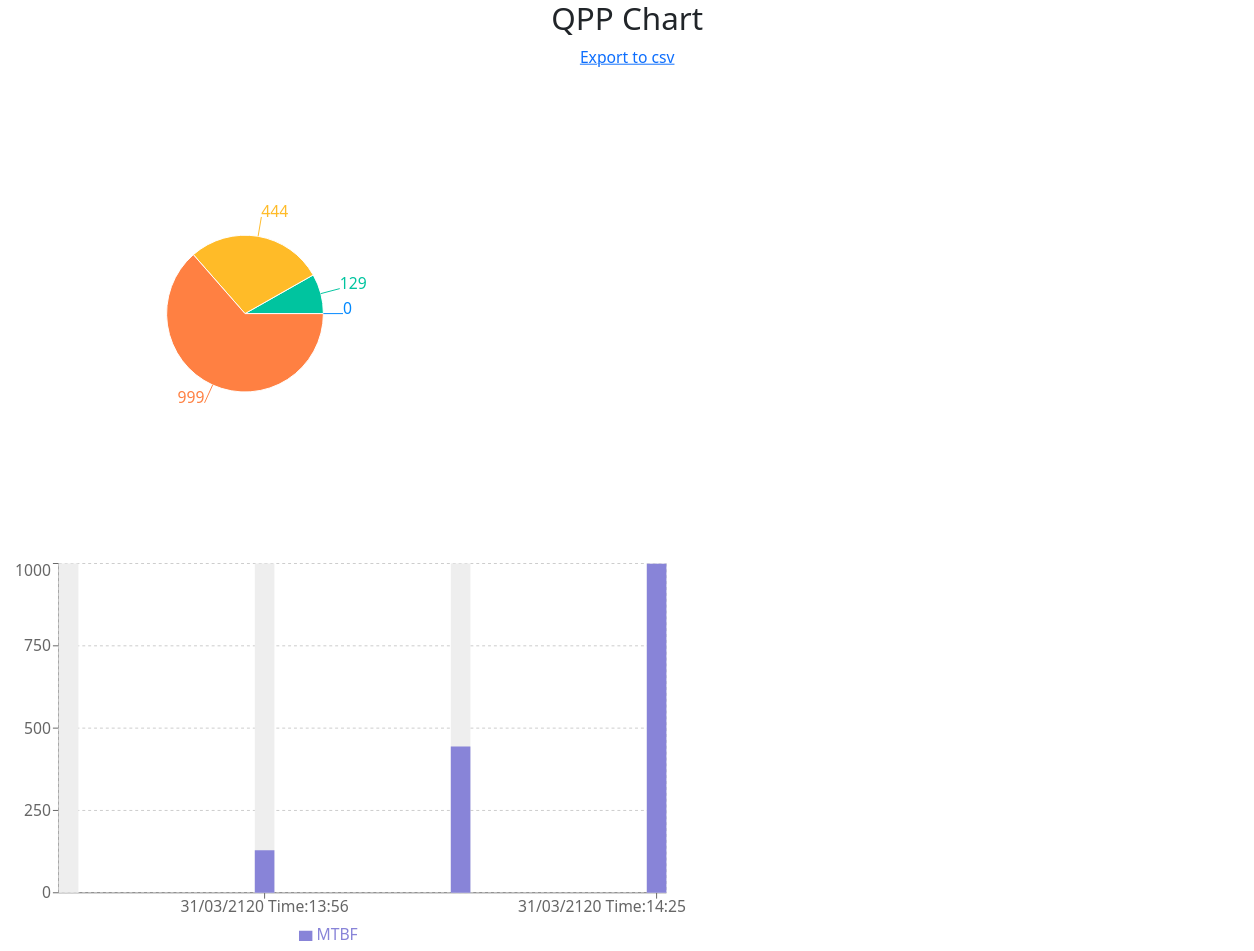
Repository: exiled-kal/ReactChartPrac
Page: /
The author's editor kept a copy of each file at every save. The page is drawn from the files as they stood at one save, then again after the next save.
The browser window is 1280 px wide. The pictures show the whole page, at 98% of full size.
The project was rebuilt for these pictures with package versions that can differ from the ones it lists, and the page was loaded fresh each time.

Above is the page before, as saved 2021-04-18 15:49:01.

After the next save:
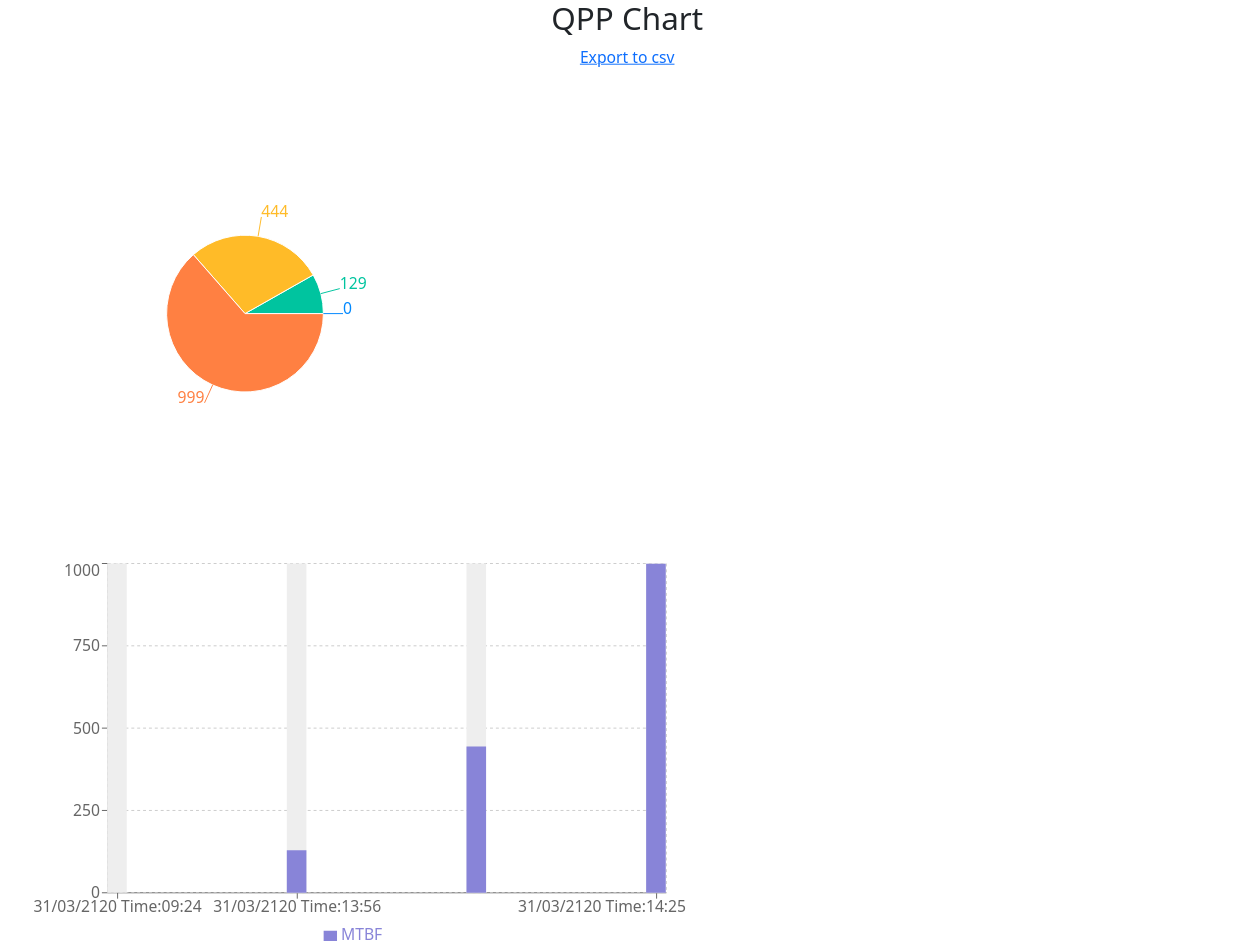
Saved 7 s later.
--- a/src/App.js
+++ b/src/App.js
@@ -131,7 +131,7 @@ function App() {
           margin={{
             top: 5,
             right: 20,
-            left: 0,
+            left: 50,
             bottom: 5,
           }}
           barSize={20}
